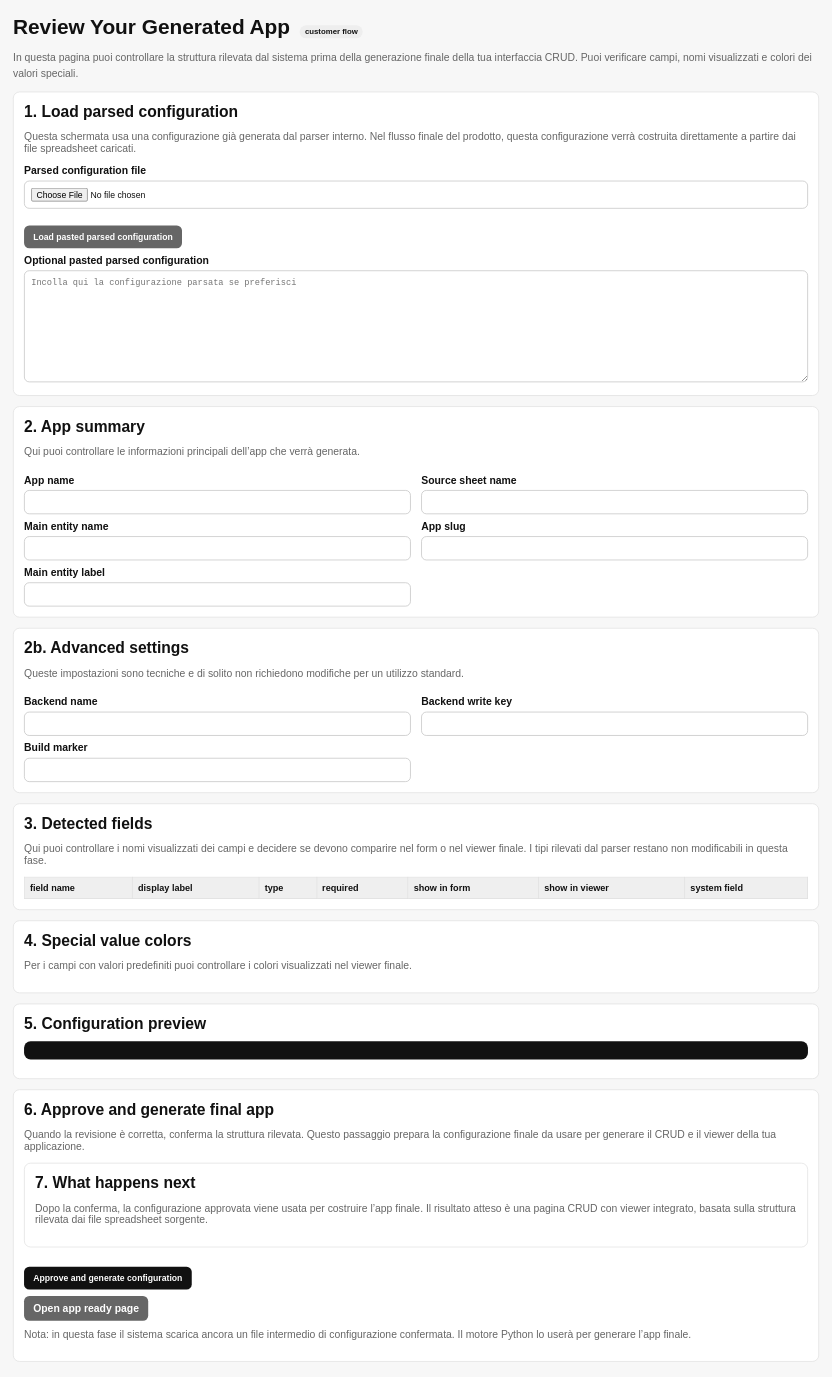
Repository: progettazionemauro/sheets.builder
Page: docs/review.html
An editor plug-in stored every save of this project. The page is shown before and after the next save, followed by the edit.
The browser window is 1280 px wide. The pictures show the whole page, at 65% of full size.

Above is the page before, as saved 2026-04-19 19:02:26.

After the next save:
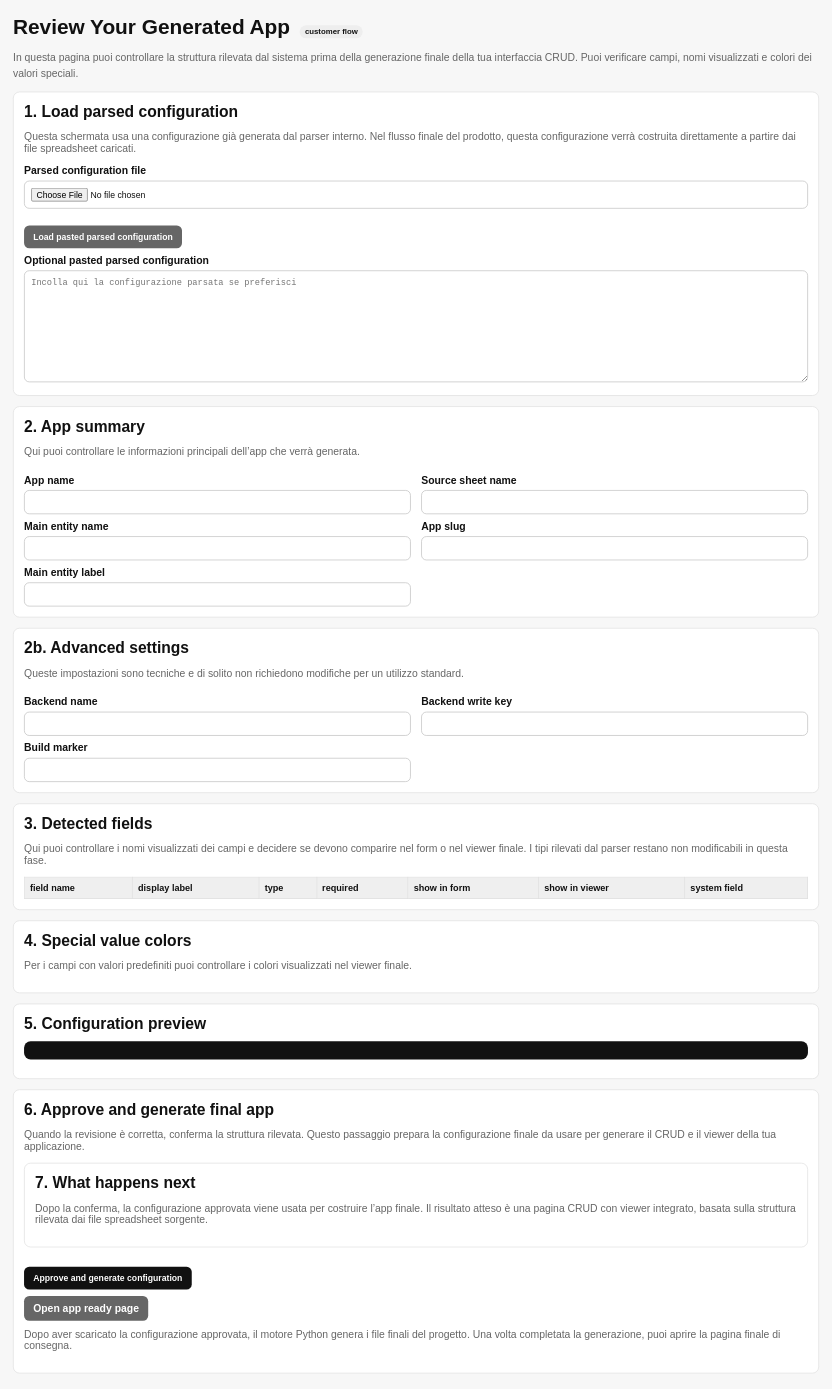
Saved 58 s later.
--- a/docs/review.html
+++ b/docs/review.html
@@ -292,10 +292,10 @@ a.button.secondary {
 <div class="actions" style="margin-top:10px;">
   <a class="button secondary" href="app_ready.html" target="_blank" rel="noopener">Open app ready page</a>
 </div>
-  <p class="muted" style="margin-top:12px;">
-    Nota: in questa fase il sistema scarica ancora un file intermedio di configurazione confermata.
-    Il motore Python lo userà per generare l’app finale.
-  </p>
+ <p class="muted" style="margin-top:12px;">
+  Dopo aver scaricato la configurazione approvata, il motore Python genera i file finali del progetto.
+  Una volta completata la generazione, puoi aprire la pagina finale di consegna.
+</p>
 </div>
 
 <script>
